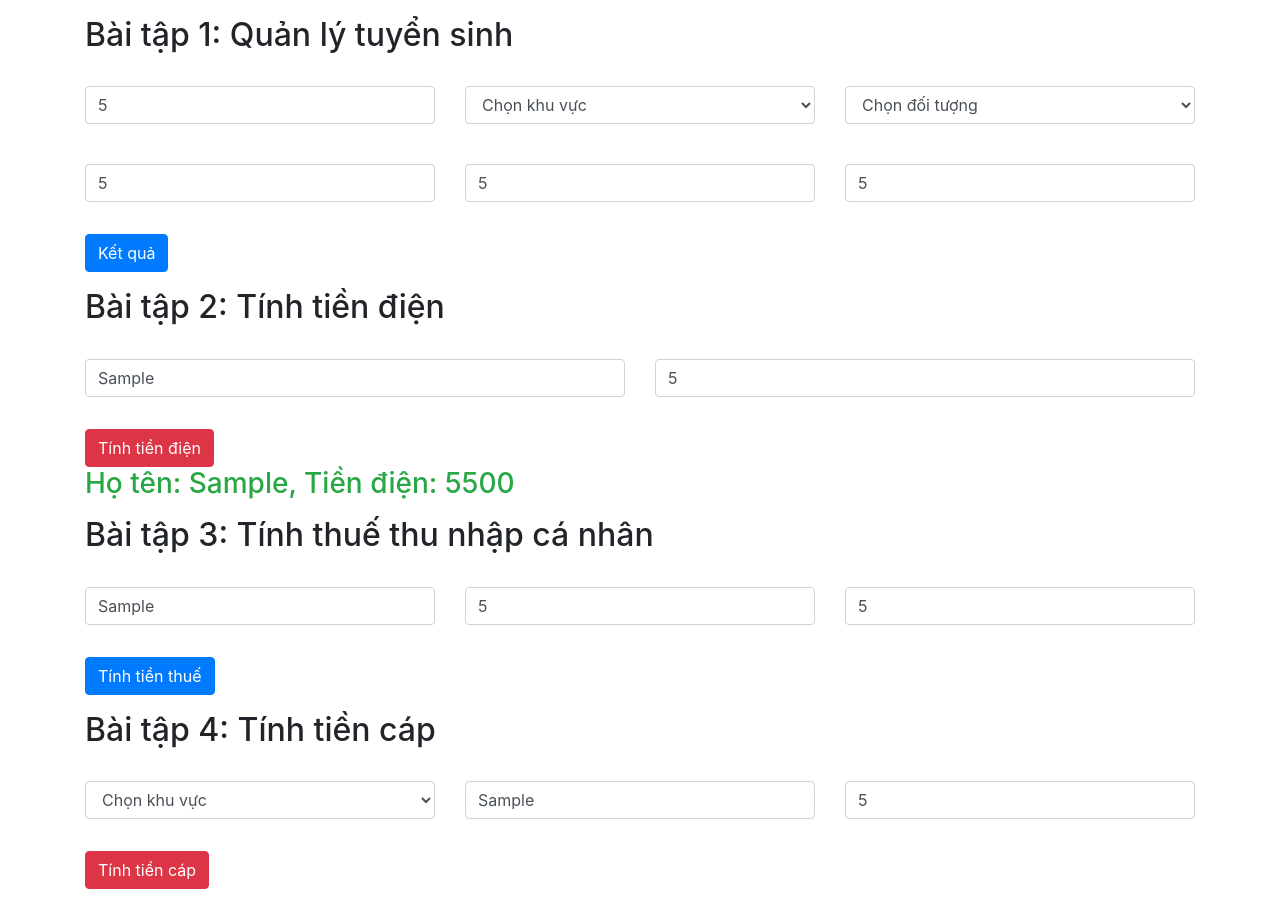
Repository: thanhfrankie/BC10-LeMinhThanh-Js-b5
Page: index.html
These files come from the project's save history. The page is drawn as it stood at one moment and after the next save; the edit follows.
The browser window is 1280 px wide. The pictures show the whole page.
Empty fields were first filled with sample values (such as "Sample", 5 or name@example.com).
After loading, the first visible `button.btn-danger` was clicked once.

Above is the page before, as saved 2023-12-15 21:13:02.

After the next save:
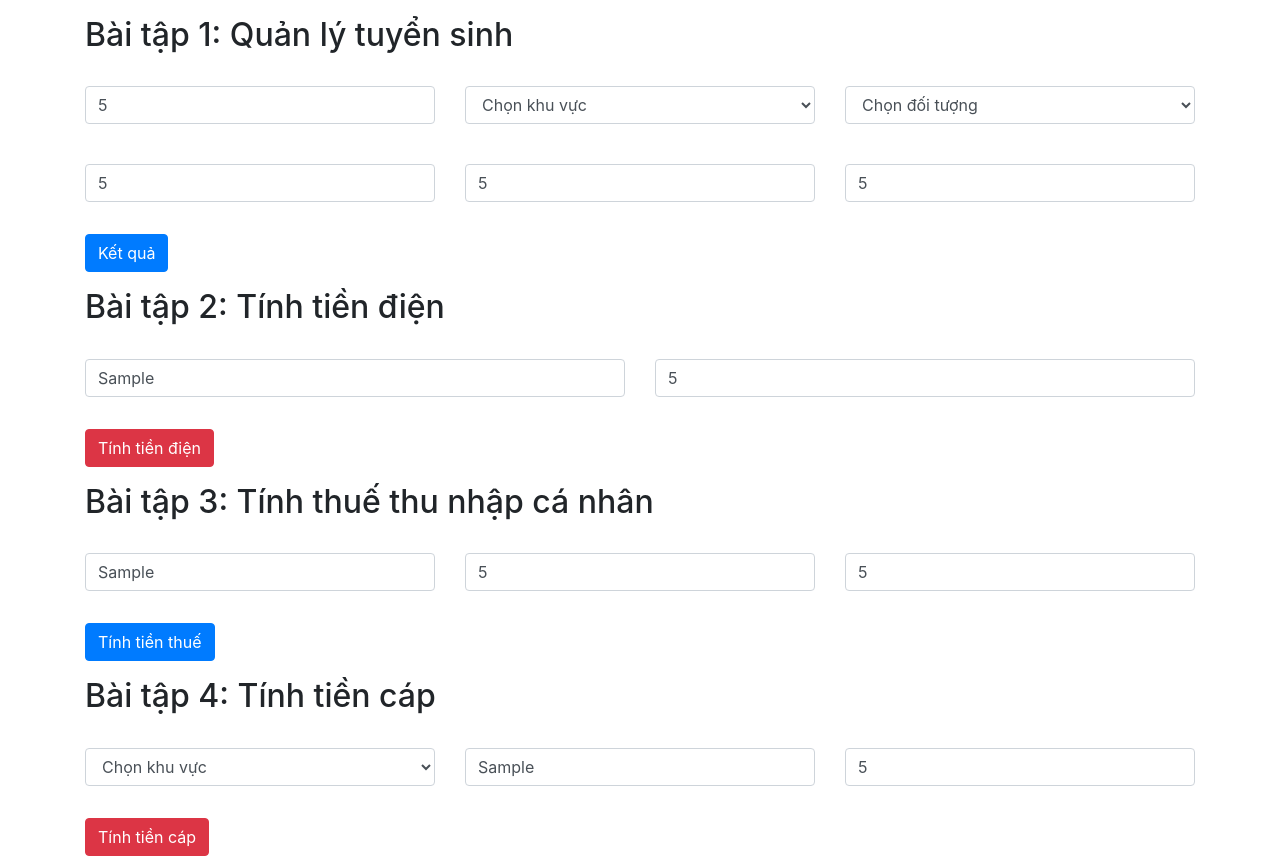
Saved 2 min 36 s later.
--- a/index.js
+++ b/index.js
@@ -190,27 +190,27 @@ function tinhTienDien() {
   var soKw = document.getElementById("so-kw").value * 1;
   var ketQua = document.getElementById("thong-tin-hoa-don");
   var tienPhaiTra;
-  if (soKw <= 50) {
-      tienPhaiTra = soKw * 500;
-    ketQua.innerText = `Họ tên: ${hoTen}, Tiền điện: ${tienPhaiTra}`;
-  }
-  if (50 < soKw <= 100) {
-    tienPhaiTra = soKw * 650;
-      ketQua.innerText = `Họ tên: ${hoTen}, Tiền điện: ${tienPhaiTra}`;
-  }
-  if (100 < soKw <= 200) {
-    tienPhaiTra = soKw * 850;
-    ketQua.innerText = `Họ tên: ${hoTen}, Tiền điện: ${tienPhaiTra}`;
-  }
-  if (200 < soKw <= 350) {
-    tienPhaiTra = soKw * 1100;
-      ketQua.innerText = `Họ tên: ${hoTen}, Tiền điện: ${tienPhaiTra}`;
-
-  }
-  if (soKw > 350) {
-    tienPhaiTra = soKw * 1300;
-      ketQua.innerText = `Họ tên: ${hoTen}, Tiền điện: ${tienPhaiTra}`;
-  }
+//   if (soKw <= 50) {
+//       tienPhaiTra = soKw * 500;
+//     ketQua.innerText = `Họ tên: ${hoTen}, Tiền điện: ${tienPhaiTra}`;
+//   }
+//   if (50 < soKw <= 100) {
+//     tienPhaiTra = soKw * 650;
+//       ketQua.innerText = `Họ tên: ${hoTen}, Tiền điện: ${tienPhaiTra}`;
+//   }
+//   if (100 < soKw <= 200) {
+//     tienPhaiTra = soKw * 850;
+//     ketQua.innerText = `Họ tên: ${hoTen}, Tiền điện: ${tienPhaiTra}`;
+//   }
+//   if (200 < soKw <= 350) {
+//     tienPhaiTra = soKw * 1100;
+//       ketQua.innerText = `Họ tên: ${hoTen}, Tiền điện: ${tienPhaiTra}`;
+
+//   }
+//   if (soKw > 350) {
+//     tienPhaiTra = soKw * 1300;
+//       ketQua.innerText = `Họ tên: ${hoTen}, Tiền điện: ${tienPhaiTra}`;
+//   }
 }
 
 // Bài tập 3
